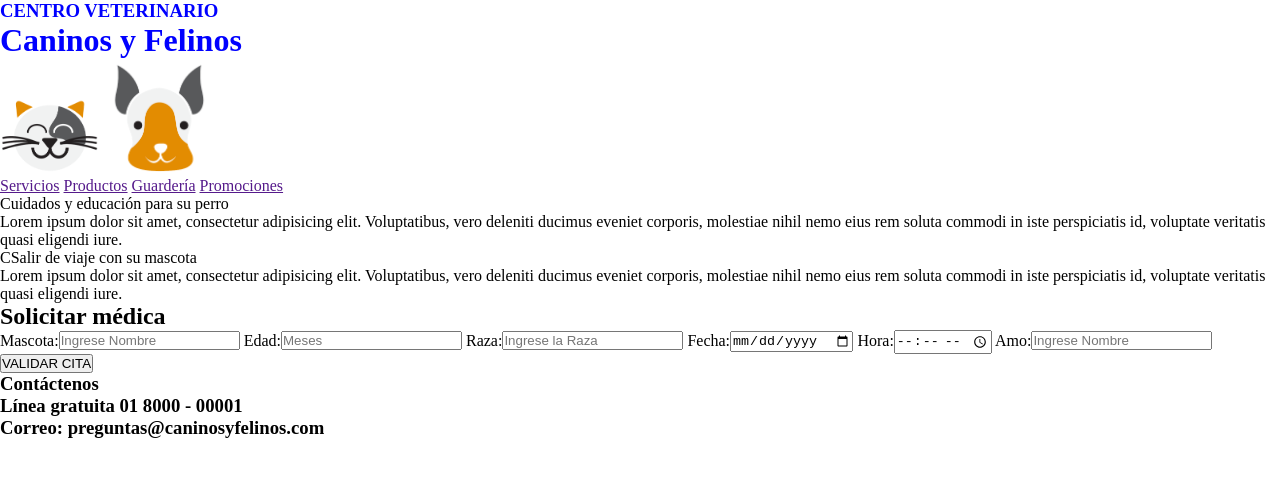
Repository: mariomr87/senaweb01
Page: principal.html
An editor plug-in stored every save of this project. The page is shown before and after the next save, followed by the edit.
The browser window is 1280 px wide. The pictures show the whole page.

Above is the page before, as saved 2021-09-26 19:15:36.

After the next save:
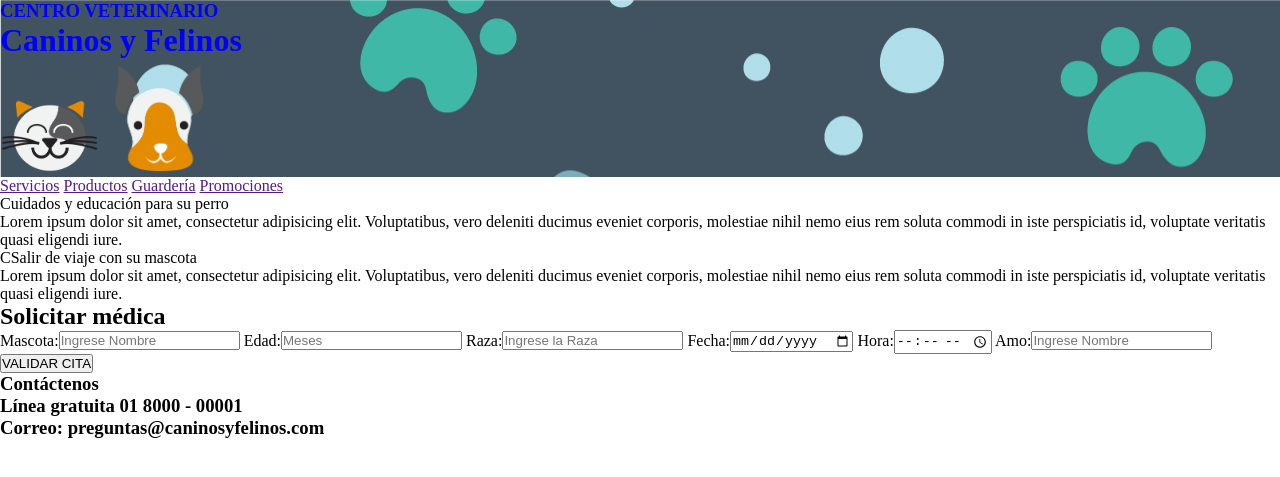
Saved 26 s later.
--- a/estilos.css
+++ b/estilos.css
@@ -8,7 +8,7 @@ header div img{
 }
 
 #cabecera{
-    background-image: "./imagenes/OPSEG70.jpg";
+    background-image: url("./imagenes/OPSEG70.jpg");
     color:blue;
 
 }
